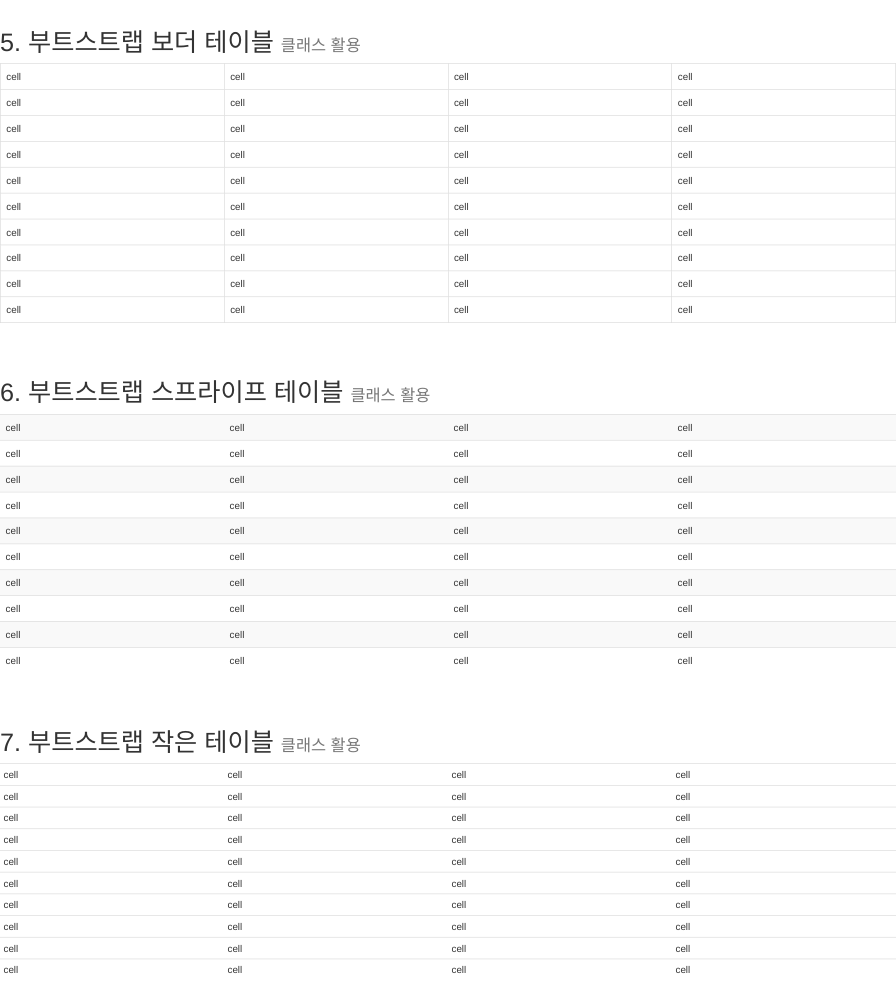
Repository: abbyinkr/BootstrapStudy
Page: BootStrapWork/WebContent/BootEx02.html
The author's editor kept a copy of each file at every save. The page is drawn from the files as they stood at one save, then again after the next save.
The browser window is 1280 px wide. The pictures show the part of the page from y = 1609 to 3529 px (the page is 3029 px tall before and 3529 px after), at 70% of full size.

Above is the page before, as saved 2021-07-01 03:39:59.

After the next save:
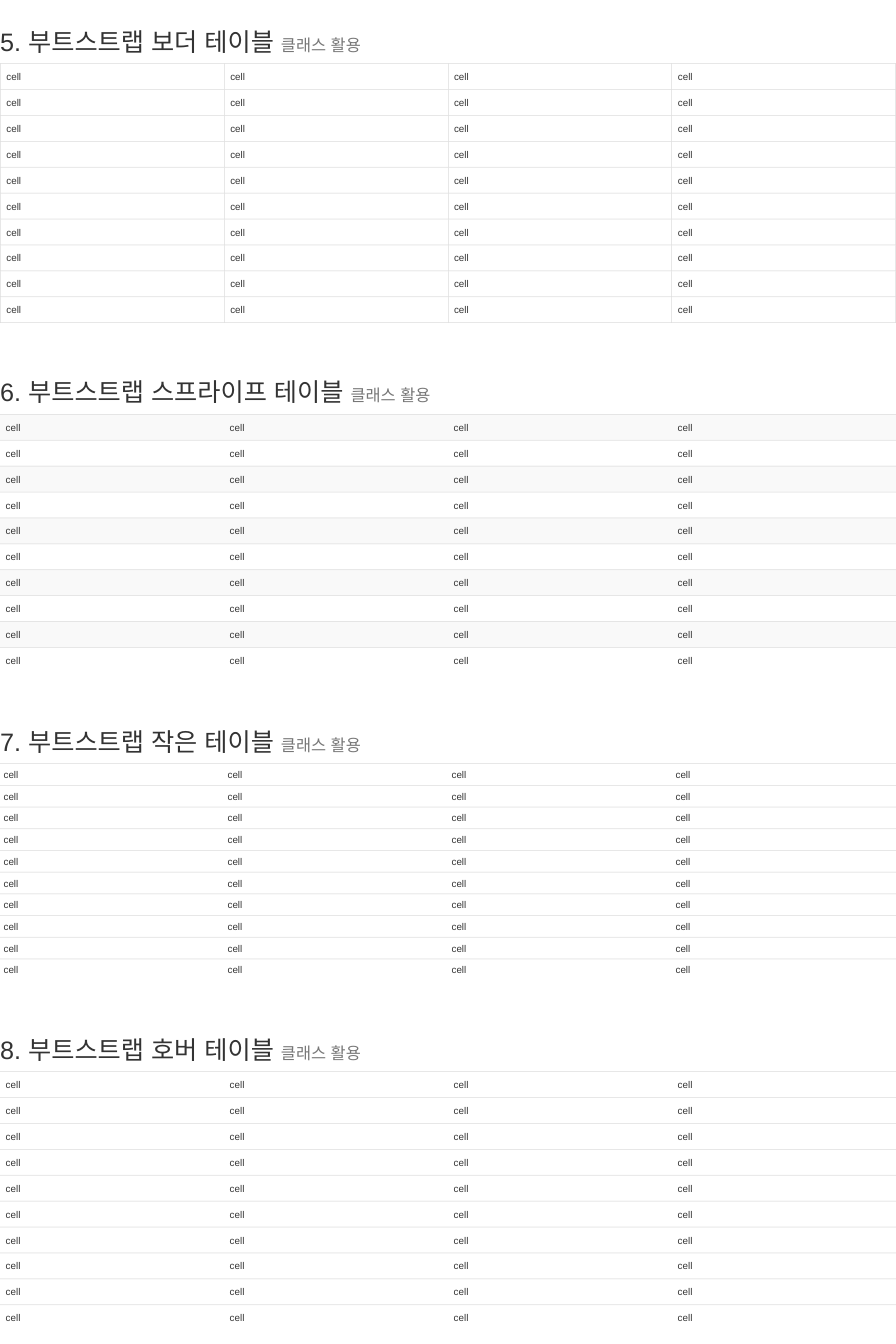
Saved 68 s later.
--- a/BootStrapWork/WebContent/BootEx02.html
+++ b/BootStrapWork/WebContent/BootEx02.html
@@ -502,6 +502,73 @@
 	</tr>
 </table>
 
+<br /><br />
+
+<h1>8. 부트스트랩 호버 테이블 <small>클래스 활용</small> </h1>
+
+<table class="table table-hover">
+	<tr>
+		<td>cell</td>
+		<td>cell</td>
+		<td>cell</td>
+		<td>cell</td>
+	</tr>
+	<tr>
+		<td>cell</td>
+		<td>cell</td>
+		<td>cell</td>
+		<td>cell</td>
+	</tr>
+	<tr>
+		<td>cell</td>
+		<td>cell</td>
+		<td>cell</td>
+		<td>cell</td>
+	</tr>
+	<tr>
+		<td>cell</td>
+		<td>cell</td>
+		<td>cell</td>
+		<td>cell</td>
+	</tr>
+	<tr>
+		<td>cell</td>
+		<td>cell</td>
+		<td>cell</td>
+		<td>cell</td>
+	</tr>
+	<tr>
+		<td>cell</td>
+		<td>cell</td>
+		<td>cell</td>
+		<td>cell</td>
+	</tr>
+	<tr>
+		<td>cell</td>
+		<td>cell</td>
+		<td>cell</td>
+		<td>cell</td>
+	</tr>
+	<tr>
+		<td>cell</td>
+		<td>cell</td>
+		<td>cell</td>
+		<td>cell</td>
+	</tr>
+	<tr>
+		<td>cell</td>
+		<td>cell</td>
+		<td>cell</td>
+		<td>cell</td>
+	</tr>
+	<tr>
+		<td>cell</td>
+		<td>cell</td>
+		<td>cell</td>
+		<td>cell</td>
+	</tr>
+</table>
+
 
 
 
